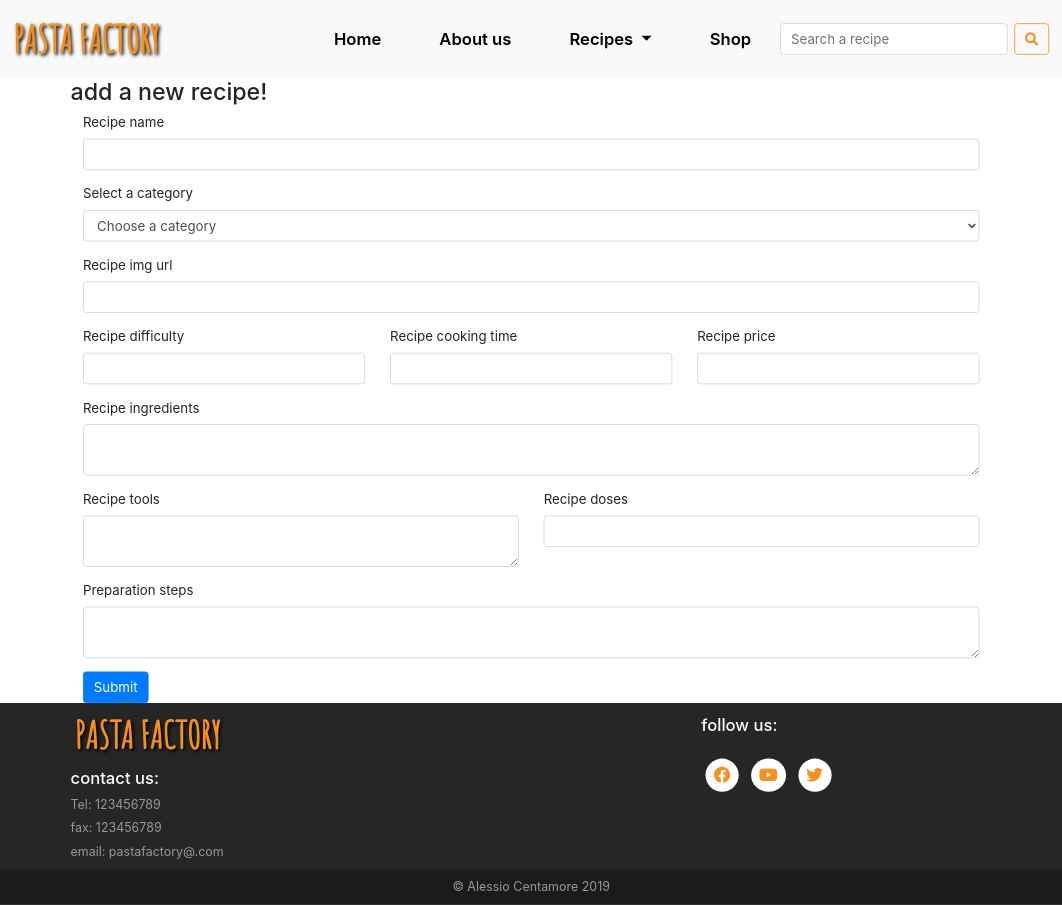
Repository: Baal89/recipe-app
Page: http://localhost/add_recipe
The author's editor kept a record of every edit. The page is drawn from the files as they stood at one moment, then again after the next edit.
The browser window is 1280 px wide. The pictures show the whole page, at 83% of full size.
Backgrounds fixed to the window are drawn as part of the page. Some web libraries are served in a nearby version. The page is served by the project's application, run on Flask 3 (app.py). Queries for data that is not in the repository find no rows.

Above is the page before.

### templates/addrecipes.html
 {% extends 'base.html' %} {% block content %}

<!-- bootstrap form-->

<section>
<div class="container">
    <h3> add a new recipe!</h3>
    <form action="{{ url_for('insert_recipe') }}" method="POST" class="col-12">
        <div class="row">
            <div class="form-group col-12">
                <label>Recipe name</label>
                <input type="text" class="form-control" name="recipe_name" id="recipe_name" required>
            </div>
        </div>
        <div class="row">
            <div class="form-group col-12">
                <label for="exampleFormControlSelect1">Select a category</label>
                <select class="form-control" id="category" name="category_name">
                     <option disabled selected>Choose a category</option>
                     {% for cat in categories %}
                         <option value="{{cat.category_name}}">{{cat.category_name}}</option>
                     {% endfor %}
                </select>
            </div>
        </div>
        <div class="row">
            <div class="form-group col-12">
                <label>Recipe img url</label>
                <input type="text" class="form-control" name="recipe_img" id="recipe_img" required>
            </div>
        </div>
        <div class="row">
            <div class="form-group col-md-4 col-12">
                <label>Recipe difficulty</label>
                <input type="text" class="form-control" name="recipe_difficulty" id="recipe_difficulty" required>
            </div>
            <div class="form-group col-md-4 col-12">
                <label>Recipe cooking time </label>
                <input type="text" class="form-control" name="recipe_cooking_time" id="recipe_cooking_time" required>
            </div>
            <div class="form-group col-md-4 col-12">
                <label>Recipe price</label>
                <input type="text" class="form-control" name="recipe_price" id="recipe_price" required>
            </div>
        </div>
        <div class="row">
            <div class="form-group col-12">
                <label>Recipe ingredients</label>
                <textarea type="textarea" class="form-control" name="recipe_ingredients" id="recipe_ingredients" required></textarea>
            </div>
        </div>
        <div class="row">
            <div class="form-group col-md-6 col-12">
                <label>Recipe tools</label>
                <textarea type="textarea" class="form-control" name="recipe_tools" id="recipe_tools" required></textarea>
            </div>
            <div class="form-group col-md-6 col-12">
                <label>Recipe doses</label>
                <input type="text" class="form-control" name="recipe_doses" id="recipe_doses" required>
            </div>
        </div>
        <div class="row">
            <div class="form-group col-12">
                <label>Preparation steps</label>
                <textarea type="textarea" class="form-control" name="recipe_preparation_steps" id="recipe_preparation_steps" required></textarea>
            </div>
        </div>
        <button type="submit" class="btn btn-primary">Submit</button>
    </form>
</div>
{% endblock %}

### templates/base.html
<!DOCTYPE html>
<html lang="en">

<head>
    <meta charset="utf-8">
    <meta name="viewport" content="width=device-width, initial-scale=1, shrink-to-fit=no">
    <link href="https://fonts.googleapis.com/css?family=Amatic+SC&display=swap" rel="stylesheet">
    <link rel="stylesheet" href="https://use.fontawesome.com/releases/v5.8.2/css/all.css" integrity="sha384-oS3vJWv+0UjzBfQzYUhtDYW+Pj2yciDJxpsK1OYPAYjqT085Qq/1cq5FLXAZQ7Ay" crossorigin="anonymous" type="text/css">
    <link href="https://stackpath.bootstrapcdn.com/bootstrap/4.4.1/css/bootstrap.min.css" rel="stylesheet" integrity="sha384-Vkoo8x4CGsO3+Hhxv8T/Q5PaXtkKtu6ug5TOeNV6gBiFeWPGFN9MuhOf23Q9Ifjh" crossorigin="anonymous">
    <link rel="stylesheet" href="{{url_for('static', filename='css/style.css') }}" type="text/css">
    <title>Pasta Factory</title>
</head>

<body>
    <header class="main-header sticky-top">
        <!-- bootsrap navbar -->
        <nav class="navbar navbar-expand-lg navbar-light bg-light">
            <a class="navbar-brand" href="{{ url_for('index') }}"><strong>Pasta Factory</strong></a>
            <button class="navbar-toggler" type="button" data-toggle="collapse" data-target="#navbarNav" aria-controls="navbarNav" aria-expanded="false" aria-label="Toggle navigation">
                <span class="navbar-toggler-icon"></span>
            </button>
            <div class="collapse navbar-collapse justify-content-end" id="navbarNav">
                <ul class="navbar-nav">
                    <li class="nav-item">
                        <a class="nav-link" href="{{url_for('index') }}">Home <span class="sr-only">(current)</span></a>
                    </li>
                    <li class="nav-item">
                        <a class="nav-link" href="{{url_for('about') }}">About us</a>
                    </li>
                    <li class="nav-item dropdown">
                            <a class="nav-link dropdown-toggle" href="#" id="navbarDropdown" role="button" data-toggle="dropdown" aria-haspopup="true" aria-expanded="false">
                              Recipes
                            </a>
                            <div class="dropdown-menu" aria-labelledby="navbarDropdown">
                            <a class="dropdown-item" href="{{url_for('get_recipes') }}">See recipes</a>
                            <a class="dropdown-item" href="{{url_for('add_recipe') }}">Add a recipe</a>
                        </div>
                    </li>
                    <li class="nav-item">
                        <a class="nav-link" href="{{url_for('shop') }}">Shop</a>
                    </li>
                </ul>
                <!--bootstrap search form ----->
                <form class="form-inline search">
                    <input class="form-control mr-sm-2" type="search" placeholder="Search a recipe" aria-label="Search">
                    <button class="btn btn-outline my-2 my-sm-0" type="submit"><i class="fas fa-search"></i></button>
                </form>
            </div>
        </nav>
    </header>

    {% block content %} {% endblock %}

    <footer>
        <div class="container">
            <div class="row">
                <div class="col-md-8 col-12">
                    <a class="navbar-brand" href="{{ url_for('index') }}"><strong>Pasta Factory</strong></a>
                    <h5 class="details-header">contact us:</h5>
                    <p>Tel: 123456789</p>
                    <p>fax: 123456789</p>
                    <p>email: pastafactory@.com</p>
                </div>
                <div class="col-md-4 col-12 social-media">
                    <h5>follow us:</h5>
                    <a href="#">
                        <i class="fab fa-facebook"></i>
                    </a>
                    <a href="#">
                        <i class="fab fa-youtube"></i>
                    </a>
                    <a href="#">
                        <i class="fab fa-twitter"></i>
                    </a>
                </div>
            </div>
        </div>
        <div class="container-fluid">
            <div class="row">
                <div class="col-12 px-0">
                    <p class="text-center credit">&copy; Alessio Centamore 2019</p>
                </div>
            </div>
        </div>
    </footer>

    <script src="https://code.jquery.com/jquery-3.4.1.slim.min.js" integrity="sha384-J6qa4849blE2+poT4WnyKhv5vZF5SrPo0iEjwBvKU7imGFAV0wwj1yYfoRSJoZ+n" crossorigin="anonymous"></script>
    <script src="https://cdn.jsdelivr.net/npm/popper.js@1.16.0/dist/umd/popper.min.js" integrity="sha384-Q6E9RHvbIyZFJoft+2mJbHaEWldlvI9IOYy5n3zV9zzTtmI3UksdQRVvoxMfooAo" crossorigin="anonymous"></script>
    <script src="https://stackpath.bootstrapcdn.com/bootstrap/4.4.1/js/bootstrap.min.js" integrity="sha384-wfSDF2E50Y2D1uUdj0O3uMBJnjuUD4Ih7YwaYd1iqfktj0Uod8GCExl3Og8ifwB6" crossorigin="anonymous"></script>
</body>


</html>

### app.py
import os
from flask import Flask, render_template, redirect, request, url_for
from flask_pymongo import PyMongo
from bson.objectid import ObjectId

app = Flask(__name__)

app.config["MONGO_DBNAME"] = "recipes_app"
app.config["MONGO_URI"] = os.environ.get("MONGO_URI")

mongo = PyMongo(app)

@app.route("/")
def index():
    return render_template("index.html")

@app.route("/get_recipes")
def get_recipes():
    return render_template("recipes.html", recipes = mongo.db.recipes.find().sort("category_name", -1))

app.route("/search")
def search(recipe_name,):
    mongo.db.recipes.find({"$text": {"$search": recipe_name}}).limit(10)
    return render_template("recipes.html")

@app.route("/add_recipe")
def add_recipe():
    return render_template("addrecipes.html", categories=mongo.db.categories.find())

# Add Recipe - Insert Recipe Function
@app.route("/insert_recipe", methods=["POST"])
def insert_recipe():

    ingredients = request.form.get("recipe_ingredients").splitlines()
    allergens = request.form.get("recipe_allergens").splitlines()


    # Recipe JSON object
    submission = {
        "recipe_name": request.form.get("recipe_name"),
        "category_name": request.form.get("category_name"),
        "recipe_img": request.form.get("recipe_img"),
        "recipe_difficulty": request.form.get("recipe_difficulty"),
        "recipe_ingredients": ingredients,
        "recipe_allergens": allergens,
        "recipe_cooking_time": request.form.get("recipe_cooking_time"),
        "recipe_price": request.form.get("recipe_price"),
        "recipe_vegetarian": request.form.get("recipe_vegetarian"),
        "recipe_doses": request.form.get("recipe_doses"),
        "recipe_preparation_steps": request.form.get("recipe_preparation_steps"),
    }

    recipes = mongo.db.recipes
    recipes.insert_one(submission)
    return redirect(url_for("get_recipes"))


# edit recipe - edit recipe function
@app.route("/edit_recipe/<recipe_id>")
def edit_recipe(recipe_id):
    the_recipe = mongo.db.recipes.find_one({"_id" : ObjectId(recipe_id) })
    all_recipes = mongo.db.categories.find()

    return render_template("editrecipes.html", recipes = the_recipe, categories = all_recipes)

 #update recipe - update recipe function
@app.route('/update_recipe/<recipe_id>', methods=["POST"])
def update_recipe(recipe_id):
    recipes = mongo.db.recipes

    ingredients = request.form.get("recipe_ingredients").splitlines()
    allergens = request.form.get("recipe_allergens").splitlines()


    recipes.update( {'_id': ObjectId(recipe_id)},


    {
        "recipe_name": request.form.get("recipe_name"),
        "category_name": request.form.get("category_name"),
        "recipe_img": request.form.get("recipe_img"),
        "recipe_difficulty": request.form.get("recipe_difficulty"),
        "recipe_ingredients": ingredients,
        "recipe_allergens": allergens,
        "recipe_cooking_time": request.form.get("recipe_cooking_time"),
        "recipe_price": request.form.get("recipe_price"),
        "recipe_vegetarian": request.form.get("recipe_vegetarian"),
        "recipe_doses": request.form.get("recipe_doses"),
        "recipe_preparation_steps": request.form.get("recipe_preparation_steps"),
    })
    return redirect("/get_recipes")

@app.route('/delete_recipe/<recipe_id>')
def delete_recipe(recipe_id):
    mongo.db.recipes.remove({'_id': ObjectId(recipe_id)})
    return redirect(url_for('get_recipes'))

@app.route('/about')
def about():
    return render_template('about-us.html')

@app.route('/shop')
def shop():
    return render_template('shop.html')

if __name__=="__main__":
    app.run(host=os.environ.get("IP"),
        port=int(os.environ.get("PORT")),
        debug=True)

### static/css/style.css
/*------------------------------------------------------------ navbar */

.navbar-light .navbar-nav .nav-link {
    font-size: 20px;
    font-weight: 600;
    padding: 0 15px;
    display: block;
    color: black;
    transition: color 0.2s ease-in-out;
    margin: 20px;
}


.navbar-light .navbar-nav .nav-link:hover {
    color: #f78f1e;
}

.navbar-light .navbar-brand {
    color: #f78f1e;
    font-weight: 400;
    text-transform: uppercase;
    text-shadow: 2px 2px 4px #000000;
    font-size: 45px;
    font-family: 'Amatic SC', cursive;
}

.navbar-light .navbar-brand:hover {
    color: #f78f1e;
}

.bg-light .btn {
    color: #f78f1e;
    border: 1px solid #f78f1e;
}

.bg-light .btn:hover {
    color: black;
    border: 1px solid black;
}

@media only screen and (max-width: 600px) {
    .navbar-light .navbar-brand {
        font-size: 30px;
    }
}

@media only screen and (max-width: 1024px) {
    .bg-light .btn {
        display: none;
    }
}

/*-------------------------------------------------------index.html */

/*---------------------------------------------carousel */

.d-md-block {
    text-transform: uppercase;
    padding: 1em;
    position: absolute;
    top: 60%;
    left: 50%;
    margin-right: -50%;
    transform: translate(-50%, -50%);
}

.d-md-block p {
    font-size: 35px;
    text-shadow: 2px 2px #000000;
}

.d-md-block .nav-button {
    border: none;
    color: white;
    background-color: #f78f1e;
    padding: 15px 24px;
    text-align: center;
    text-decoration: none;
    display: inline-block;
    font-size: 16px;
    font-weight: bold;
    transition: color 0.2s ease-in-out;
}

.d-md-block .nav-button:hover {
    color: black;
}

/*-----------------------------------article description*/

.description {
    margin: 70px 0;
    padding: 100px 0;
    background-image: url("../assets/img/tools.jpg");
    background-position: center center;
    background-repeat: no-repeat;
    background-size: cover;
    color: black;
}

.title {
    text-decoration: underline #f78f1e;
    text-transform: uppercase;
    margin-bottom: 30px;
}

.description p {
    font-size: 20px;
    font-weight: 600;
}

@media only screen and (max-width: 768px) {
    .description {
        padding: 20px 0;
    }
}

/*---------------------------------------------cards*/

.card {
    padding: 0;
}

.cards p {
    font-size: 18px;
}

.cards-header {
    margin-bottom: 50px;
    padding-bottom: 50px;
    text-transform: uppercase;
}

.nav-button-cards {
    margin-top: 30px;
    border: 1px solid #f78f1e;
    color: black;
    background-color: white;
    padding: 15px 24px;
    text-align: center;
    text-decoration: none;
    display: inline-block;
    font-size: 16px;
    font-weight: bold;
    transition: background-color 0.2s ease-in-out;
}

.nav-button-cards:hover {
    background-color: #f78f1e;
    color: white;
}


/*-------------------------------------------recipe book*/

.book {
    margin: 30px auto;
    padding: 50px 0;
    width: 50%;
}

.recipe-book {
    margin: 100px auto 25px;
}

recipe-book-header {
    text-transform: uppercase;
}

.recipe-book p {
    font-size: 18px;
}

@media only screen and (max-width: 768px) {
    .book {
        width: 75%;
    }
}

/*----------------------------------------------------------------recipes.html*/

.recipe-container {
    background-image: url("../assets/img/recipe-page.jpg");
    background-position: center;
    background-repeat: no-repeat;
    background-size: cover;
    background-attachment: fixed;
    padding: 75px 15px;
}

.recipe-page {
    background-color: white;
    margin: 40px auto;
    padding: 20px 15px;
}

.recipe-name {
    font-family: 'Amatic SC', cursive;
    font-size: 50px;
}

.recipe-img {
    margin: 35px auto;
}


.recipe-details {
    margin: 100px 0;
}

.recipe-button {
    font-size: 16px;
    margin: 15px 0;
}

.icon {
    width: 8%;
    padding-right: 5px;
}

.ingredients-header {
    font-family: 'Amatic SC', cursive;
    font-size: 40px;
    color: #f78f1e;
}

.recipe-composition {
    display: inline-block;
    text-align: left;
    list-style: none;
}

.recipe-composition li::before {
    content: "\2022";
    color: #f78f1e;
    font-weight: 800;
    display: inline-block;
    width: 1em;
    margin-left: -1em;
}


@media only screen and (max-width: 600px) {
    .recipe-details {
        margin: 25px 0;
        text-align: center;

    }
}

/*-----------------------------------------------------addrecipe.html and editrecipe.html*/

.form-header {
    text-align: center;
    font-family: 'Amatic SC', cursive;
    color: #f78f1e;
    font-size: 50px;
}

.form-page {
    background-color: white;
    margin: 55px auto;
    padding: 35px 0;
}

/*----------------------------------------------------------------footer*/

footer {
    background-color: #262626;
    color: white;
}

footer a {
    padding: 0 5px;
    text-decoration: none;
}

footer i {
    margin-top: 20px;
    font-size: 20px;
    color: #f78f1e;
    background-color: white;
    transition: color 0.2s ease-in-out;
    border-radius: 100%;
    padding: 10px;
}

footer i:hover {
    color: black;
    text-decoration: none;
}


footer p {
    font-size: 15px;
    line-height: 12px;
    color: #989898;
}

.details-header {
    margin-bottom: 15px;
}

.navbar-brand {
    color: #f78f1e;
    font-weight: 400;
    text-transform: uppercase;
    text-shadow: 2px 2px 4px #000000;
    font-size: 45px;
    font-family: 'Amatic SC', cursive;
}

.navbar-brand:hover {
    color: #f78f1e;
}

.social-media {
    margin: 15px auto;
}

.credit {
    background-color: #1b1b1b;
    padding: 15px 0;
    margin: 0;
}

After the next edit:
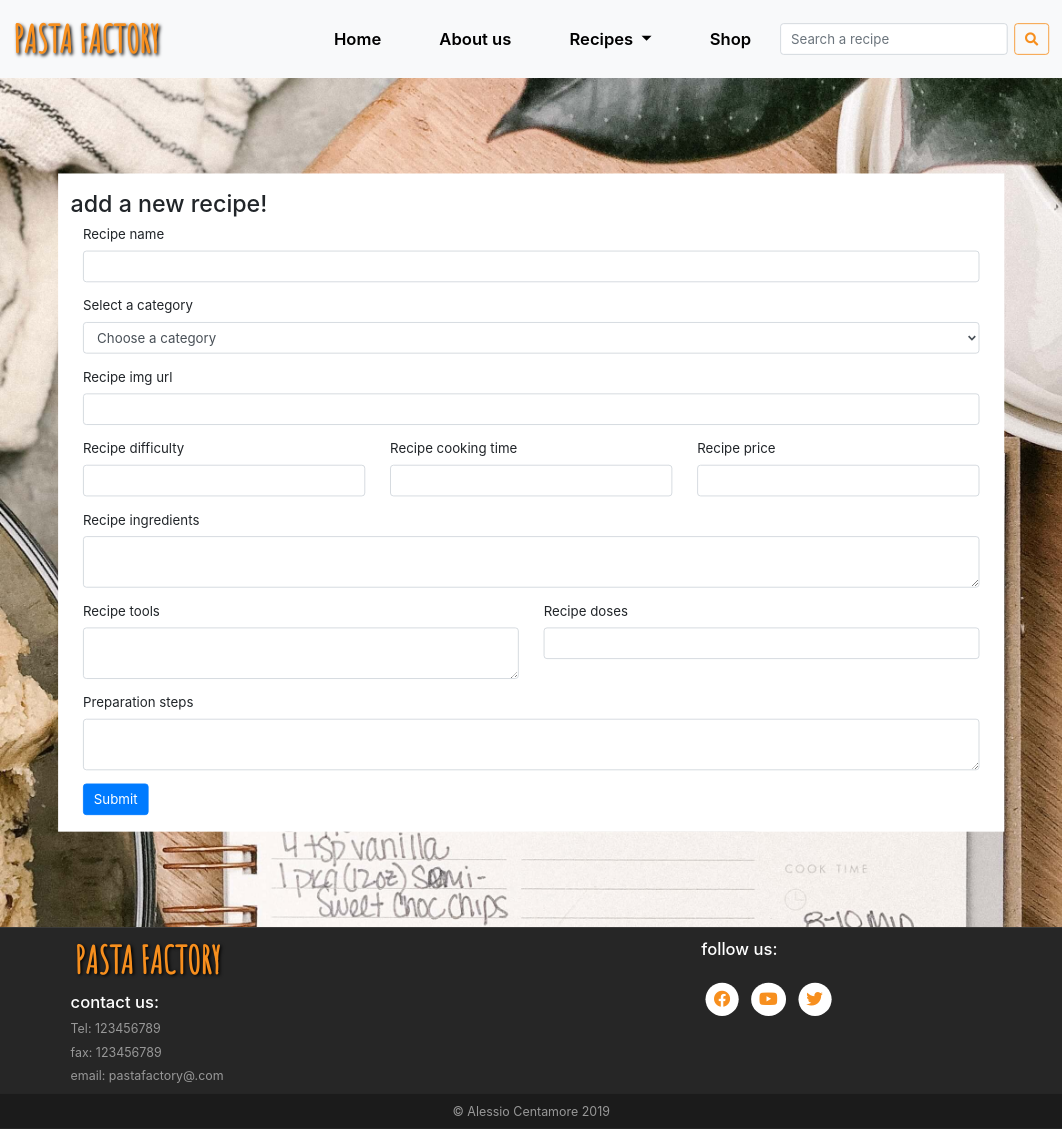
The edit:
--- a/templates/addrecipes.html
+++ b/templates/addrecipes.html
@@ -2,70 +2,71 @@
 
 <!-- bootstrap form-->
 
-<section>
-<div class="container">
-    <h3> add a new recipe!</h3>
-    <form action="{{ url_for('insert_recipe') }}" method="POST" class="col-12">
-        <div class="row">
-            <div class="form-group col-12">
-                <label>Recipe name</label>
-                <input type="text" class="form-control" name="recipe_name" id="recipe_name" required>
+<section class="recipe-container">
+    <div class="container recipe-page">
+        <h3> add a new recipe!</h3>
+        <form action="{{ url_for('insert_recipe') }}" method="POST" class="col-12">
+            <div class="row">
+                <div class="form-group col-12">
+                    <label>Recipe name</label>
+                    <input type="text" class="form-control" name="recipe_name" id="recipe_name" required>
+                </div>
             </div>
-        </div>
-        <div class="row">
-            <div class="form-group col-12">
-                <label for="exampleFormControlSelect1">Select a category</label>
-                <select class="form-control" id="category" name="category_name">
+            <div class="row">
+                <div class="form-group col-12">
+                    <label for="exampleFormControlSelect1">Select a category</label>
+                    <select class="form-control" id="category" name="category_name">
                      <option disabled selected>Choose a category</option>
                      {% for cat in categories %}
                          <option value="{{cat.category_name}}">{{cat.category_name}}</option>
                      {% endfor %}
                 </select>
+                </div>
             </div>
-        </div>
-        <div class="row">
-            <div class="form-group col-12">
-                <label>Recipe img url</label>
-                <input type="text" class="form-control" name="recipe_img" id="recipe_img" required>
+            <div class="row">
+                <div class="form-group col-12">
+                    <label>Recipe img url</label>
+                    <input type="text" class="form-control" name="recipe_img" id="recipe_img" required>
+                </div>
             </div>
-        </div>
-        <div class="row">
-            <div class="form-group col-md-4 col-12">
-                <label>Recipe difficulty</label>
-                <input type="text" class="form-control" name="recipe_difficulty" id="recipe_difficulty" required>
+            <div class="row">
+                <div class="form-group col-md-4 col-12">
+                    <label>Recipe difficulty</label>
+                    <input type="text" class="form-control" name="recipe_difficulty" id="recipe_difficulty" required>
+                </div>
+                <div class="form-group col-md-4 col-12">
+                    <label>Recipe cooking time </label>
+                    <input type="text" class="form-control" name="recipe_cooking_time" id="recipe_cooking_time" required>
+                </div>
+                <div class="form-group col-md-4 col-12">
+                    <label>Recipe price</label>
+                    <input type="text" class="form-control" name="recipe_price" id="recipe_price" required>
+                </div>
             </div>
-            <div class="form-group col-md-4 col-12">
-                <label>Recipe cooking time </label>
-                <input type="text" class="form-control" name="recipe_cooking_time" id="recipe_cooking_time" required>
+            <div class="row">
+                <div class="form-group col-12">
+                    <label>Recipe ingredients</label>
+                    <textarea type="textarea" class="form-control" name="recipe_ingredients" id="recipe_ingredients" required></textarea>
+                </div>
             </div>
-            <div class="form-group col-md-4 col-12">
-                <label>Recipe price</label>
-                <input type="text" class="form-control" name="recipe_price" id="recipe_price" required>
+            <div class="row">
+                <div class="form-group col-md-6 col-12">
+                    <label>Recipe tools</label>
+                    <textarea type="textarea" class="form-control" name="recipe_tools" id="recipe_tools" required></textarea>
+                </div>
+                <div class="form-group col-md-6 col-12">
+                    <label>Recipe doses</label>
+                    <input type="text" class="form-control" name="recipe_doses" id="recipe_doses" required>
+                </div>
             </div>
-        </div>
-        <div class="row">
-            <div class="form-group col-12">
-                <label>Recipe ingredients</label>
-                <textarea type="textarea" class="form-control" name="recipe_ingredients" id="recipe_ingredients" required></textarea>
+            <div class="row">
+                <div class="form-group col-12">
+                    <label>Preparation steps</label>
+                    <textarea type="textarea" class="form-control" name="recipe_preparation_steps" id="recipe_preparation_steps" required></textarea>
+                </div>
             </div>
-        </div>
-        <div class="row">
-            <div class="form-group col-md-6 col-12">
-                <label>Recipe tools</label>
-                <textarea type="textarea" class="form-control" name="recipe_tools" id="recipe_tools" required></textarea>
-            </div>
-            <div class="form-group col-md-6 col-12">
-                <label>Recipe doses</label>
-                <input type="text" class="form-control" name="recipe_doses" id="recipe_doses" required>
-            </div>
-        </div>
-        <div class="row">
-            <div class="form-group col-12">
-                <label>Preparation steps</label>
-                <textarea type="textarea" class="form-control" name="recipe_preparation_steps" id="recipe_preparation_steps" required></textarea>
-            </div>
-        </div>
-        <button type="submit" class="btn btn-primary">Submit</button>
-    </form>
-</div>
+            <button type="submit" class="btn btn-primary">Submit</button>
+        </form>
+    </div>
+</section>
 {% endblock %}
